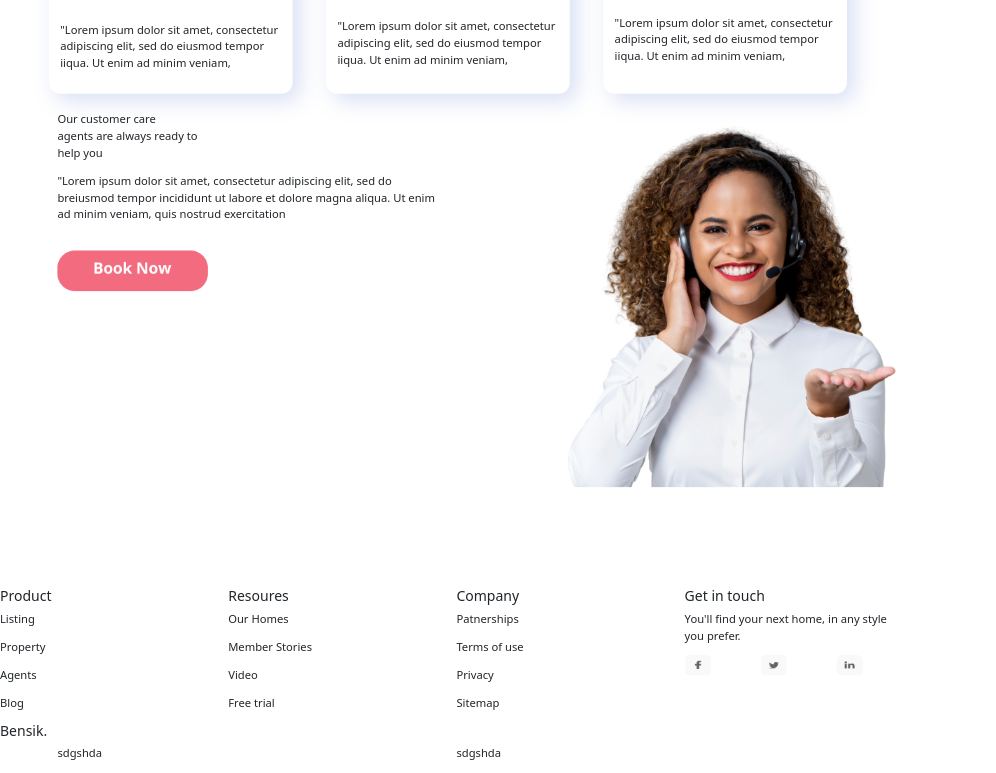
Repository: uy022/QuocUybaitapgiuaki
Page: index.html
An editor plug-in stored every save of this project. The page is shown before and after the next save, followed by the edit.
The browser window is 1280 px wide. The page is 1423 px wide, so the pictures cover 1423 px, including what lies to the right of the window. The pictures show the part of the page from y = 2107 to 3827 px (the page is 3211 px tall before and 3827 px after), at 70% of full size.

Above is the page before, as saved 2022-09-06 22:43:16.

After the next save:
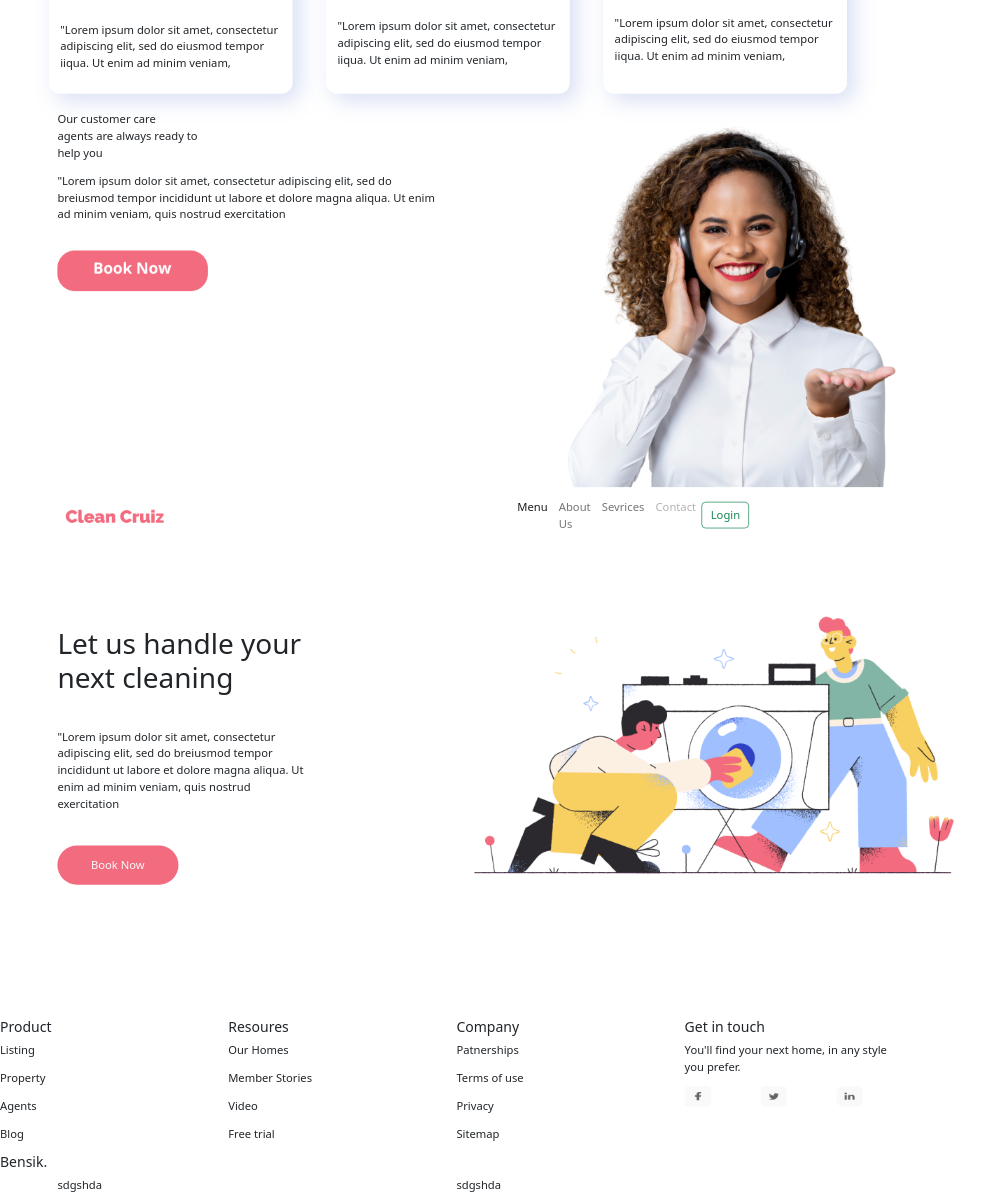
Saved 2 min 29 s later.
--- a/index.html
+++ b/index.html
@@ -130,10 +130,10 @@
        </div>
       </div>
 
+
        <div class="content">
         <div class=" container">
-
-            <div class="row">
+             <div class="row">
                 <div class="col-md-6">
                   <div class="title"> <br>
                   <p>Our customer care <br> agents are always ready to <br> help you</p>
@@ -155,8 +155,66 @@
                   </div>
                </div>
         </div>
-
-      </div>
+       </div>
+
+
+        <div class="container">
+            <nav class="navbar navbar-expand-lg menu">
+                <div class="container-fluid">
+                  <div class="col-md-7 logo">
+                    <img src="./imgs/Clean Cruiz LOGO 1.png" alt="">
+                  </div>
+                  <button class="navbar-toggler" type="button" data-bs-toggle="collapse" data-bs-target="#navbarSupportedContent" aria-controls="navbarSupportedContent" aria-expanded="false" aria-label="Toggle navigation">
+                    <span class="navbar-toggler-icon"></span>
+                  </button>
+                  <div class="collapse navbar-collapse" id="navbarSupportedContent">
+                    <ul class="navbar-nav me-auto  mb-2 mb-lg-0">
+                      <li class="nav-item">
+                        <a class="nav-link active" aria-current="page" href="#">Menu</a>
+                      </li>
+                      <li class="nav-item">
+                        <a class="nav-link" href="#">About Us</a>
+                      </li>
+                      <li class="nav-item">
+                        <a class="nav-link" href="#">Sevrices</a>
+                      </li>
+                      <li class="nav-item">
+                        <a class="nav-link disabled">Contact</a>
+                      </li>
+                    </ul>
+                    <form class="d-flex col-5" >
+                      <button class="btn btn-outline-success" type="submit">Login</button>
+                    </form>
+                  </div>
+                </div>
+              </nav>
+        </div><br><br><br>
+
+
+        <div class="content">
+          <div class=" container">
+            <div class="row d-flex justify-content-between align-items-start">
+              <div class="col-4">
+                <div class="item py-5">
+                        <div >
+                          <h1>Let us handle your next cleaning</h1>
+                        </div>
+                          <p class="my-5">
+                            "Lorem ipsum dolor sit amet, consectetur adipiscing elit, sed do breiusmod tempor incididunt ut labore et dolore magna aliqua. Ut enim ad minim veniam, quis nostrud exercitation
+                          </p>
+                        <button type="submit" class="btn__booknow rounded-5 text-light px-5 py-3 border-0 ">Book Now</button>
+                      </div>
+                    </div>
+
+                 <div class = "col-6">
+                    <div class="anh" >
+                        <img src="./imgs/Illustration 1 1.png" >
+                    </div>
+                 </div>
+          </div>
+
+        </div>
+
       <br><br><br><br><br><br>
       <div class="c">
       <div class="footer">
